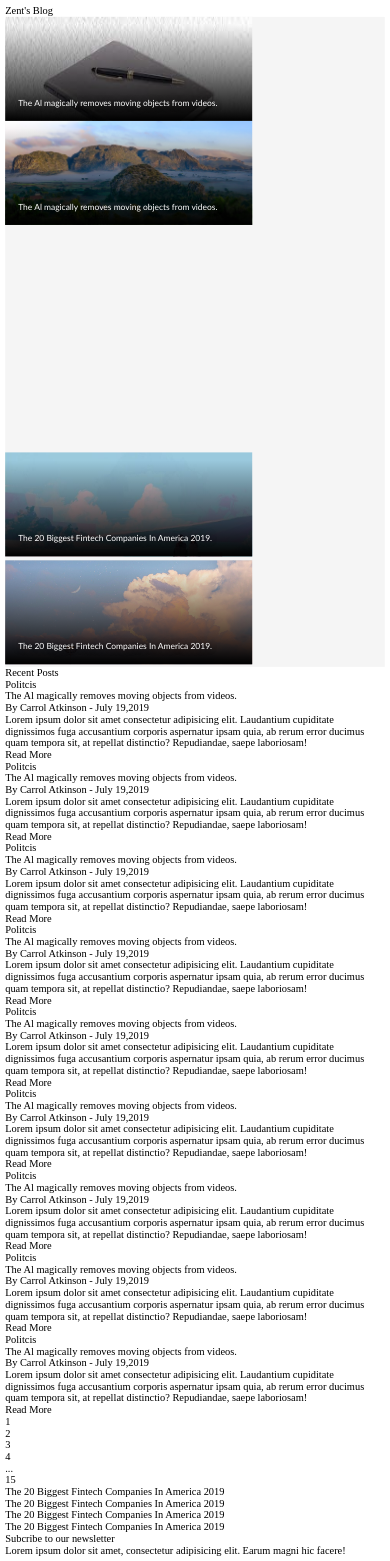
Repository: giacatdat2k5/html3
Page: html3.vs/7.1.html
These files come from the project's save history. The page is drawn as it stood at one moment and after the next save; the edit follows.
The browser window is 600 px wide. The pictures show the whole page, at 65% of full size.

Above is the page before, as saved 2023-09-27 21:01:36.

### html3.vs/7.1.html
<!DOCTYPE html>
<html lang="en">
<head>
    <meta charset="UTF-8">
    <meta name="viewport" content="width=device-width, initial-scale=1.0">
    <title>7.2</title>
    <link rel="stylesheet" type="text/css" href="7.1.css">
    <link rel="stylesheet" href="https://cdnjs.cloudflare.com/ajax/libs/font-awesome/6.4.2/css/all.min.css"/>
</head>
<body>
    <div id="header">
        <div class="logo">Zent's Blog </div>
        <div class="menu">
            <div class="items">Home</div>
            <div class="items">Politcis</div>
            <div class="items">Tech</div>
            <div class="items">Entertaiment</div>
            <div class="items">Travels</div>
            <div class="items">Sports</div>
            <div class="search"><i class="fa-solid fa-magnifying-glass"></i></div>
        </div>
    </div>
    <div id="content">
        <div class="left">
            <div class="imageleft">
                <div class="iamge1">
                    <div class="edit">The Al magically removes moving objects from videos.</div>
                </div>
                <div class="iamge2">
                    <div class="edit">The Al magically removes moving objects from videos.</div>
                </div>
            </div>
        </div>
        <div class="center">
            <div class="imagecenter">
                <div class="iamge3">
                    <div class="edit">The Al magically removes moving objects from videos.</div>
                </div>
            </div>
        </div>
        <div class="right">
            <div class="iamgeright">
                <div class="iamge4">
                    <div class="edit">
                        The 20 Biggest Fintech Companies In
                        America 2019.</div>
                </div>
                <div class="iamge5">
                    <div class="edit">
                        The 20 Biggest Fintech Companies In
                        America 2019.</div>
                </div>
            </div>
        </div>
    </div>
    <div id="header2">Recent Posts</div>
    <div id="content2">
        <div class="centercontent2">
            <div class="ccitems">
                <div class="picture"></div>
                <div class="tag">
                    <div class="tagitem">Politcis</div>
                </div>
                <div class="text">The Al magically removes moving objects from videos.</div>
                <div class="author">
                <div class="avt"></div>
                <div class="name">
                    <span class="c">By</span>
                    Carrol Atkinson
                    <span class="c">- July 19,2019</span>
                </div>
                </div>
                <div class="lorem">Lorem ipsum dolor sit amet consectetur adipisicing elit. Laudantium cupiditate dignissimos fuga accusantium corporis aspernatur ipsam quia, ab rerum error ducimus quam tempora sit, at repellat distinctio? Repudiandae, saepe laboriosam!</div>
                <div class="read"> Read More</div>
            </div>
            <div class="ccitems"><div class="picture"></div>
            <div class="tag">
                <div class="tagitem">Politcis</div>
            </div>
            <div class="text">The Al magically removes moving objects from videos.</div>
            <div class="author">
            <div class="avt"></div>
            <div class="name">
                <span class="c">By</span>
                Carrol Atkinson
                <span class="c">- July 19,2019</span>
            </div>
            </div>
            <div class="lorem">Lorem ipsum dolor sit amet consectetur adipisicing elit. Laudantium cupiditate dignissimos fuga accusantium corporis aspernatur ipsam quia, ab rerum error ducimus quam tempora sit, at repellat distinctio? Repudiandae, saepe laboriosam!</div>
            <div class="read"> Read More</div></div>
            <div class="ccitems"><div class="picture"></div>
            <div class="tag">
                <div class="tagitem">Politcis</div>
            </div>
            <div class="text">The Al magically removes moving objects from videos.</div>
            <div class="author">
            <div class="avt"></div>
            <div class="name">
                <span class="c">By</span>
                Carrol Atkinson
                <span class="c">- July 19,2019</span>
            </div>
            </div>
            <div class="lorem">Lorem ipsum dolor sit amet consectetur adipisicing elit. Laudantium cupiditate dignissimos fuga accusantium corporis aspernatur ipsam quia, ab rerum error ducimus quam tempora sit, at repellat distinctio? Repudiandae, saepe laboriosam!</div>
            <div class="read"> Read More</div></div>
            <div class="ccitems"><div class="picture"></div>
            <div class="tag">
                <div class="tagitem">Politcis</div>
            </div>
            <div class="text">The Al magically removes moving objects from videos.</div>
            <div class="author">
            <div class="avt"></div>
            <div class="name">
                <span class="c">By</span>
                Carrol Atkinson
                <span class="c">- July 19,2019</span>
            </div>
            </div>
            <div class="lorem">Lorem ipsum dolor sit amet consectetur adipisicing elit. Laudantium cupiditate dignissimos fuga accusantium corporis aspernatur ipsam quia, ab rerum error ducimus quam tempora sit, at repellat distinctio? Repudiandae, saepe laboriosam!</div>
            <div class="read"> Read More</div></div>
            <div class="ccitems"><div class="picture"></div>
            <div class="tag">
                <div class="tagitem">Politcis</div>
            </div>
            <div class="text">The Al magically removes moving objects from videos.</div>
            <div class="author">
            <div class="avt"></div>
            <div class="name">
                <span class="c">By</span>
                Carrol Atkinson
                <span class="c">- July 19,2019</span>
            </div>
            </div>
            <div class="lorem">Lorem ipsum dolor sit amet consectetur adipisicing elit. Laudantium cupiditate dignissimos fuga accusantium corporis aspernatur ipsam quia, ab rerum error ducimus quam tempora sit, at repellat distinctio? Repudiandae, saepe laboriosam!</div>
            <div class="read"> Read More</div></div>
            <div class="ccitems"><div class="picture"></div>
            <div class="tag">
                <div class="tagitem">Politcis</div>
            </div>
            <div class="text">The Al magically removes moving objects from videos.</div>
            <div class="author">
            <div class="avt"></div>
            <div class="name">
                <span class="c">By</span>
                Carrol Atkinson
                <span class="c">- July 19,2019</span>
            </div>
            </div>
            <div class="lorem">Lorem ipsum dolor sit amet consectetur adipisicing elit. Laudantium cupiditate dignissimos fuga accusantium corporis aspernatur ipsam quia, ab rerum error ducimus quam tempora sit, at repellat distinctio? Repudiandae, saepe laboriosam!</div>
            <div class="read"> Read More</div></div>
            <div class="ccitems"><div class="picture"></div>
            <div class="tag">
                <div class="tagitem">Politcis</div>
            </div>
            <div class="text">The Al magically removes moving objects from videos.</div>
            <div class="author">
            <div class="avt"></div>
            <div class="name">
                <span class="c">By</span>
                Carrol Atkinson
                <span class="c">- July 19,2019</span>
            </div>
            </div>
            <div class="lorem">Lorem ipsum dolor sit amet consectetur adipisicing elit. Laudantium cupiditate dignissimos fuga accusantium corporis aspernatur ipsam quia, ab rerum error ducimus quam tempora sit, at repellat distinctio? Repudiandae, saepe laboriosam!</div>
            <div class="read"> Read More</div></div>
            <div class="ccitems"><div class="picture"></div>
            <div class="tag">
                <div class="tagitem">Politcis</div>
            </div>
            <div class="text">The Al magically removes moving objects from videos.</div>
            <div class="author">
            <div class="avt"></div>
            <div class="name">
                <span class="c">By</span>
                Carrol Atkinson
                <span class="c">- July 19,2019</span>
            </div>
            </div>
            <div class="lorem">Lorem ipsum dolor sit amet consectetur adipisicing elit. Laudantium cupiditate dignissimos fuga accusantium corporis aspernatur ipsam quia, ab rerum error ducimus quam tempora sit, at repellat distinctio? Repudiandae, saepe laboriosam!</div>
            <div class="read"> Read More</div></div>
            <div class="ccitems"><div class="picture"></div>
            <div class="tag">
                <div class="tagitem">Politcis</div>
            </div>
            <div class="text">The Al magically removes moving objects from videos.</div>
            <div class="author">
            <div class="avt"></div>
            <div class="name">
                <span class="c">By</span>
                Carrol Atkinson
                <span class="c">- July 19,2019</span>
            </div>
            </div>
            <div class="lorem">Lorem ipsum dolor sit amet consectetur adipisicing elit. Laudantium cupiditate dignissimos fuga accusantium corporis aspernatur ipsam quia, ab rerum error ducimus quam tempora sit, at repellat distinctio? Repudiandae, saepe laboriosam!</div>
            <div class="read"> Read More</div></div>
            </div>
        </div>
    <div class="page">
        <div class="kofull">1</div>
        <div class="full">2</div>
        <div class="full">3</div>
        <div class="full">4</div>
        <div class="kofullfull">...</div>
        <div class="full">15</div>
    </div>
    <div class="content3">
        <div class="content3left">
            <div class="c3l1">
                <div class="c3l4">
                    <div class="edit2">
                        The 20 Biggest Fintech Companies In
                        America 2019
                    </div>
                </div>
            </div>
            <div class="c3l2">
                <div class="c3l3"> <div class="edit3">
                    The 20 Biggest Fintech Companies In
                    America 2019
                    </div></div>
                <div class="c3l3"> <div class="edit3">
                    The 20 Biggest Fintech Companies In
                    America 2019
                </div></div>
            </div>
        </div>
        <div class="content3right">
            <div class="c3r">
                <div class="edit4">
                    The 20 Biggest Fintech Companies In
                    America 2019
                </div>
        </div>
        </div>
    </div>
    <div class="footer">
        <div class="ft1">Subcribe to our newsletter</div>
        <div class="ft2">Lorem ipsum dolor sit amet, consectetur adipisicing elit. Earum magni hic facere! </div>

    </div>
</body>
</html>

### html3.vs/7.1.css
@media all and (min-width: 992px){
*{
    margin:0;
    padding: 0;
    font-family:'Trebuchet MS', 'Lucida Sans Unicode', 'Lucida Grande', 'Lucida Sans', Arial, sans-serif;
}
#header{
    width: 100%;
    height: 3em;
    display: flex;
    justify-content: space-between;
}
.logo{
    font-size: 20px;
    width: 120px;
    text-align: center;
    padding: 10px;
    font-weight: bold;
    font-family:'Trebuchet MS', 'Lucida Sans Unicode', 'Lucida Grande', 'Lucida Sans', Arial, sans-serif;

}
.menu{
    width: 510px;
    display: flex;
}
.items{
    width: 90px;
    padding: 10px;
    font-weight: bold;
    font-family:'Trebuchet MS', 'Lucida Sans Unicode', 'Lucida Grande', 'Lucida Sans', Arial, sans-serif;
}
.search{
    width: 30px;
    padding: 10px;
}
#content{
    width: 100%;
    height: 430px;
    background-color:whitesmoke;
    display: flex;
}
.left{
    width: 38%;
    height: 100%;

    display: flex;
    justify-content: right;
    align-items: center;
}
.center{
    width: 26%;
    height: 100%;
    display: flex;
    align-items:center;
    justify-content: center;
}
.right{
    width: 38%;
    height: 100%;

    display: flex;
    justify-content: left;
    align-items: center;
}
.imageleft{
    width: 65%;
    height: 100%;
    display: flex;
    flex-wrap: wrap;
    align-items: center;
}
.iamge1{
    background-image: url('image5.jpeg');
    background-size: cover;
    width: 100%;
    height: 160px;
    display:flex;
    align-items: end;
}
.iamge2{
    background-image: url('image3.jpeg');
    background-size: cover;
    width: 100%;
    height: 160px;
    display:flex;
    align-items: end;
}
.edit{
    width: 100%;
    height: 80%;
    background: linear-gradient(to bottom, transparent, rgba(0, 0, 0, 1));
    color:white;
    display:flex;
    align-items: end;
    padding-left: 20px;
    padding-bottom: 20px;
    padding-right: 20px;
    font-family:'Trebuchet MS', 'Lucida Sans Unicode', 'Lucida Grande', 'Lucida Sans', Arial, sans-serif;
    font-size: small;
    text-shadow: 0 0 10px rgba(0, 0, 0, 0.5);
}
.imagecenter{
    width: 80%;
    height:372px;
    align-items:center;
    justify-content: center;
}
.iamge3{
    background-image: url('anh dọc.jpeg');
    background-size: cover;
    width: 100%;
    height: 100%;
    display:flex;
    align-items: end;
}
.iamgeright{
    width: 65%;
    height: 100%;
    display: flex;
    flex-wrap: wrap;
    align-items: center;
}
.iamge4{
    background-image: url('anh ngang 1.jpeg');
    background-size: cover;
    width: 100%;
    height: 160px;
    display:flex;
    align-items: end;
}
.iamge5{
    background-image: url('ảnh ngnag 2.jpeg');
    background-size: cover;
    width: 100%;
    height: 160px;
    display:flex;
    align-items: end;
}
#header2{
    width: 100%;
    height: 6em;
    font-size:xx-large;
    display: flex;
    align-items: center;
    padding-left: 182px;
}
#content2{
    width: 100%;
    height: 1950px;
    display: flex;
    justify-content: center
}
.centercontent2{
    width:1032px;
    height: 100%;
    display: flex;
    flex-wrap: wrap;
    border-bottom: 1px solid black;
}
.ccitems{
    width: 33.33333%;
    height: 33.333333%;
}
.picture{
    width: 90%;
    height: 200px;
    background-image: url('anh ngang 1.jpeg');
    background-size: cover;
    border-radius: 5%;
}
.tag{
    width: 90%;
    height: 30px;
    display: flex;
    align-items: center;
    padding-left: 20px;
}
.tagitem{
    width: 70px;
    height: 20px;
    color: white;
    background-color: darkcyan;
    border-radius: 5px;
    display: flex;
    justify-content: center;
    align-items: center;
}
.text{
    width: 90%;
    height: 80px;
    display: flex;
    padding-left: 20px;
    font-size: 21px;
}
.author{
    width: 90%;
    height: 80px;
    display: flex;
    align-items: center;
    padding-left: 20px;
}
.avt{
    width: 50px;
    height: 50px;
    background-image: url('pngtree-hand-draw-person-avatar-icon-vector-png-image_7102689.png');
    background-size: cover;
    border-radius: 50%;
}
.name{
    width: 260px;
    height: 100%;
    display: flex;
    align-items: center;
    font-size: small;
}
.c{
    color: #ccc;
}
.lorem{
    width: 90%;
    height: 185px;
    display: flex;
    padding-left: 20px;
    font-size: 15px;
    line-height: 30px;
    font-weight:lighter;
}
.read{
    width: 90%;
    height: 80px;
    display: flex;
    padding-left: 20px;
    color:#00CCFF;
}
.page{
    width: 100%;
    height: 120px;
    display: flex;
    justify-content: center;
    align-items:center;
}
.kofull{
    color:black;
    background-color: white;
    margin:2px;
    width: 30px;
    height: 30px;
    display: flex;
    align-items: center;
    justify-content: center;
}
.full{
    color:white;
    background-color: #3399FF;
    margin:2px;
    width: 30px;
    height: 30px;
    border-radius: 50%;
    display: flex;
    align-items: center;
    justify-content: center;
}
.content3{
    width: 100%;
    height: 650px;
    background-color:whitesmoke;
    display: flex;
}
.content3left{
    width: 55%;
    height: 100%;
    display:flex ;
    flex-wrap: wrap;
}
.content3right{
    width: 45%;
    height: 100%;
    display: flex;
    align-items: center;

}
.c3l1{
    width: 100%;
    height: 55%;
    display: flex;
    align-items: center;
    justify-content: end;
}
.c3l4{
    width: 586px;
    height: 75%;
    background-image: url('ảnh ngnag 2.jpeg');
    background-size: cover;
    margin: 25px;
}
.c3l2{
    width: 100%;
    height: 45%;
    display: flex;
    align-items: start;
    justify-content: end;
}
.c3l3{
    width: 35%;
    height: 76.6%;
    background-image: url('ảnh vuông.jpeg');
    background-size: cover;
    margin: 25px;
}
.c3r{
    width: 70%;
    height: 564px;
    background-image: url('ảnh dọc đjep .jpeg');
    background-size: cover;
}
.edit2{
    height: 100%;
    background: linear-gradient(to bottom, transparent, rgba(0, 0, 0, 1));
    color:white;
    display:flex;
    align-items: end;
    padding-left: 20px;
    padding-bottom: 20px;
    padding-right: 20px;
    font-family:'Trebuchet MS', 'Lucida Sans Unicode', 'Lucida Grande', 'Lucida Sans', Arial, sans-serif;
    font-size: large;
    text-shadow: 0 0 10px rgba(0, 0, 0, 0.5);
}
.edit3{
    height: 91%;
    background: linear-gradient(to bottom, transparent, rgba(0, 0, 0, 1));
    color:white;
    display:flex;
    align-items: end;
    padding-left: 20px;
    padding-bottom: 20px;
    padding-right: 20px;
    font-family:'Trebuchet MS', 'Lucida Sans Unicode', 'Lucida Grande', 'Lucida Sans', Arial, sans-serif;
    font-size: large;
    text-shadow: 0 0 10px rgba(0, 0, 0, 0.5);
}
.edit4{
    height: 96%;
    background: linear-gradient(to bottom, transparent, rgba(0, 0, 0, 1));
    color:white;
    display:flex;
    align-items: end;
    padding-left: 20px;
    padding-bottom: 20px;
    padding-right: 20px;
    font-family:'Trebuchet MS', 'Lucida Sans Unicode', 'Lucida Grande', 'Lucida Sans', Arial, sans-serif;
    font-size: large;
    text-shadow: 0 0 10px rgba(0, 0, 0, 0.5);
}
.footer{
    width: 100%;
    height: 200px;
}
.ft1{
    width: 100%;
    height: 33%;
    display: flex;
    align-items: end;
    font-size: x-large;
    color: black;
    justify-content: center;
}
.ft2{
    width: 100%;
    height: 60px;
    display: flex;
    align-items: center;
    justify-content: center;
    color: black;
}
}
@media all and (min-width: 320px) and (max-width: 767px){
    .menu{
        width: 510px;
        display: none;
    }
    #content{
        width: 100%;
        height: 1000px;
        background-color:whitesmoke;
        display: block;
    }
    .left{
        width: 100%;
        height: 33.33%;
        display: block;
        justify-content: right;
        align-items: center;
    }
    .center{
        width: 100%;
        height: 33.3%;
        display: block;
        align-items:center;
        justify-content: center;
    }
    .right{
        width: 100%;
        height: 33.3%;

        display: block;
        justify-content: left;
        align-items: center;
    }
    .imageleft{
        width: 65%;
        height: 100%;
        display: block;
        flex-wrap: wrap;
        align-items: center;
    }
    .iamge1{
        background-image: url('image5.jpeg');
        background-size: cover;
        width: 100%;
        height: 160px;
        display:flex;
        align-items: end;
    }
    .iamge2{
        background-image: url('image3.jpeg');
        background-size: cover;
        width: 100%;
        height: 160px;
        display:flex;
        align-items: end;
    }
    .edit{
        width: 100%;
        height: 80%;
        background: linear-gradient(to bottom, transparent, rgba(0, 0, 0, 1));
        color:white;
        display:flex;
        align-items: end;
        padding-left: 20px;
        padding-bottom: 20px;
        padding-right: 20px;
        font-family:'Trebuchet MS', 'Lucida Sans Unicode', 'Lucida Grande', 'Lucida Sans', Arial, sans-serif;
        font-size: small;
        text-shadow: 0 0 10px rgba(0, 0, 0, 0.5);
    }
    .imagecenter{
        width: 80%;
        align-items:center;
        justify-content: center;
    }
    .iamge3{
        background-image: url('anh dọc.jpeg');
        background-size: cover;
        width: 100%;
        height: 100%;
        display:none;
        align-items: end;
    }
    .iamgeright{
        width: 65%;
        height: 100%;
        display: flex;
        flex-wrap: wrap;
        align-items: center;
    }
    .iamge4{
        background-image: url('anh ngang 1.jpeg');
        background-size: cover;
        width: 100%;
        height: 160px;
        display:flex;
        align-items: end;
    }
    .iamge5{
        background-image: url('ảnh ngnag 2.jpeg');
        background-size: cover;
        width: 100%;
        height: 160px;
        display:flex;
        align-items: end;
    }

}

After the next save:
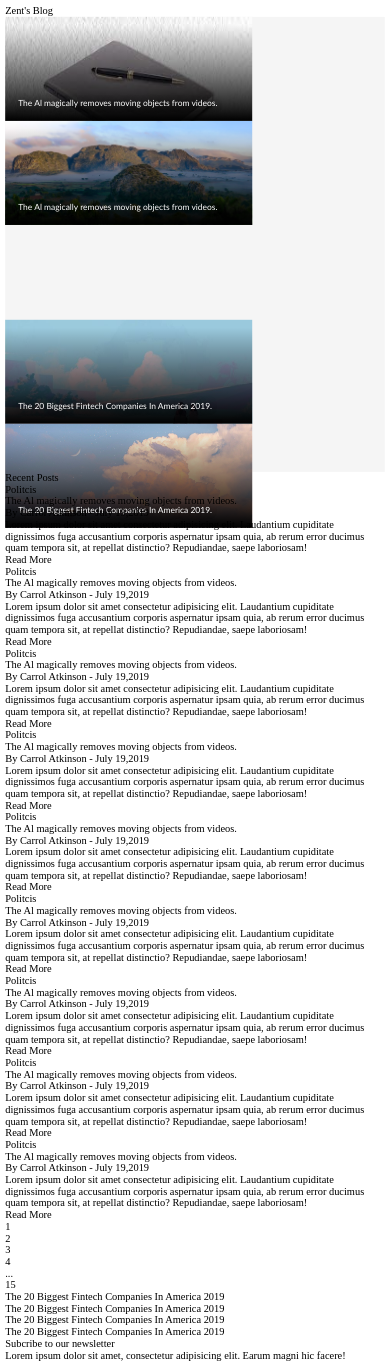
Saved 10 s later.
--- a/html3.vs/7.1.css
+++ b/html3.vs/7.1.css
@@ -381,7 +381,7 @@
     }
     #content{
         width: 100%;
-        height: 1000px;
+        height: 700px;
         background-color:whitesmoke;
         display: block;
     }
